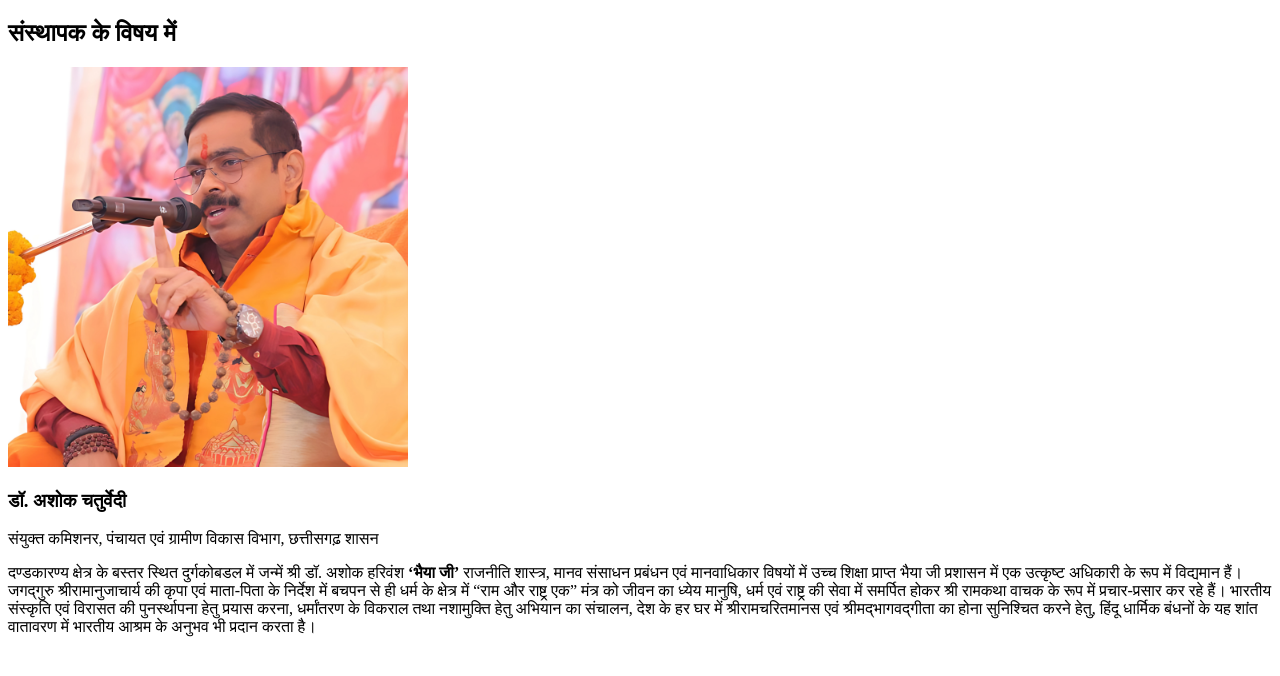
Repository: as-avni/lokmeeram
Page: /founder
These files come from the project's save history. The page is drawn as it stood at one moment and after the next save; the edit follows.
The browser window is 1280 px wide. The pictures show the whole page.
The project was rebuilt for these pictures with package versions that can differ from the ones it lists, and the page was loaded fresh each time. The framework's server and built-in components were replaced by stand-ins that run in the browser. Also part of the build but not shown: next.config.ts.

Above is the page before, as saved 2025-06-27 05:51:37.

After the next save:
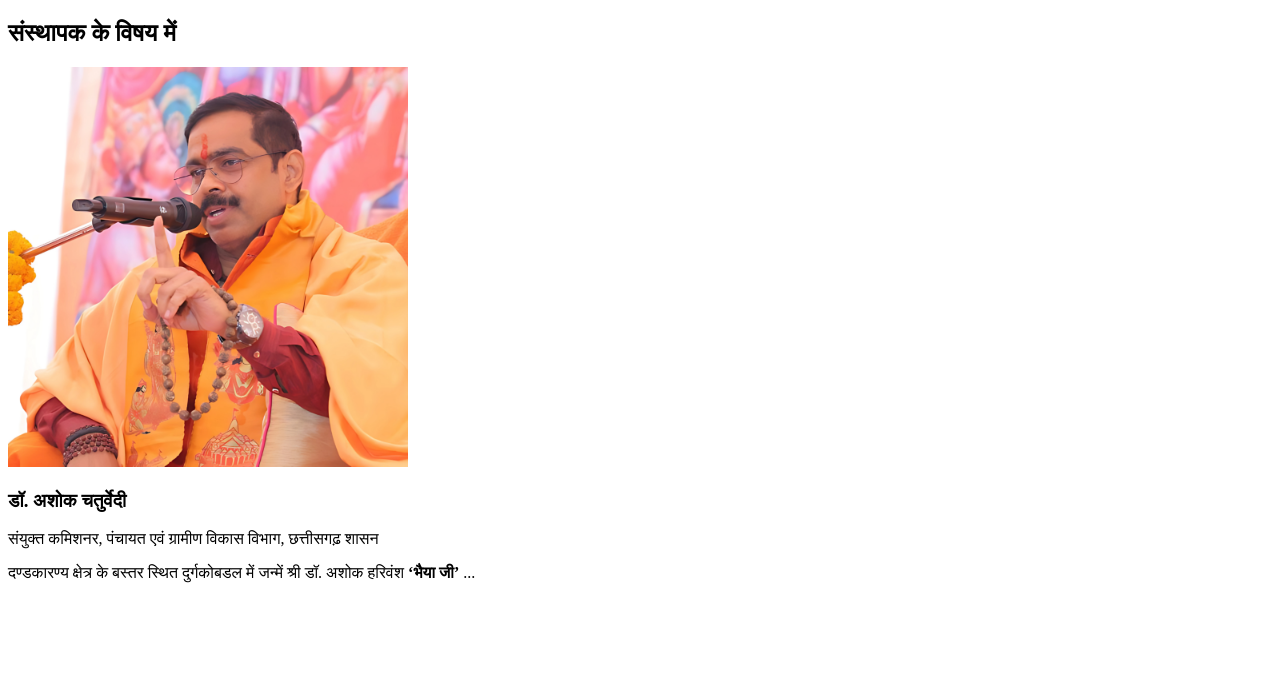
Saved 80 s later.
--- a/src/app/founder/page.tsx
+++ b/src/app/founder/page.tsx
@@ -75,50 +75,28 @@
                     <span className="text-orange-600">संस्थापक </span> के विषय में
                 </h1>
 
-                <div className="max-w-5xl mx-auto items-center">
-                    {/* Dr. Ashok Chaturvedi */}
-
-                        <div className="relative rounded-lg overflow-hidden items-center">
-                            <Image
-                                src="/images/about-team/2.png"
-                                alt="Team member"
-                                width={400}
-                                height={400}
-                                className="object-cover rounded-full"
-                            />
-                        </div>
-                        <h3 className="text-2xl font-bold mb-1 text-center font-[Poppins] text-orange-500">डॉ. अशोक चतुर्वेदी</h3>
-                        <p className="text-lg font-semibold text-gray-800 mb-2 text-center">
-                            संयुक्त कमिशनर, पंचायत एवं ग्रामीण विकास विभाग, छत्तीसगढ़ शासन
-                        </p>
-                        <p className="text-xl text-black w-full ">
-                            दण्डकारण्य क्षेत्र के बस्तर स्थित दुर्गकोबडल में जन्में श्री डॉ. अशोक हरिवंश <strong>‘भैया जी’</strong> राजनीति शास्त्र, मानव संसाधन प्रबंधन एवं मानवाधिकार विषयों में उच्च शिक्षा प्राप्त भैया जी प्रशासन में एक उत्कृष्ट अधिकारी के रूप में विद्यमान हैं।
-
-                            जगद्गुरु श्रीरामानुजाचार्य की कृपा एवं माता-पिता के निर्देश में बचपन से ही धर्म के क्षेत्र में “राम और राष्ट्र एक” मंत्र को जीवन का ध्येय मानुषि, धर्म एवं राष्ट्र की सेवा में समर्पित होकर श्री रामकथा वाचक के रूप में प्रचार-प्रसार कर रहे हैं।
-
-                            भारतीय संस्कृति एवं विरासत की पुनर्स्थापना हेतु प्रयास करना, धर्मांतरण के विकराल तथा नशामुक्ति हेतु अभियान का संचालन, देश के हर घर में श्रीरामचरितमानस एवं श्रीमद्भागवद्गीता का होना सुनिश्चित करने हेतु, हिंदू धार्मिक बंधनों के यह शांत वातावरण में भारतीय आश्रम के अनुभव भी प्रदान करता है।
-                        </p>
-
-                    {/* Nagendra Dubey
-                    <div className="p-6 bg-orange-200 shadow-lg shadow-black">
-                        <div className="aspect-square relative mb-4 rounded-lg overflow-hidden">
-                            <Image
-                                src="/images/about-team/3.png"
-                                alt="Team member"
-                                width={400}
-                                height={400}
-                                className="object-cover rounded-full"
-                            />
-                        </div>
-                        <h3 className="text-2xl font-bold mb-1 text-center font-[Poppins]">नागेन्द्र दुबे</h3>
-                        <p className="text-lg font-semibold text-gray-800 mb-2 text-center">
-                            संस्थापक, लोक में राम शोध संस्थान
-                        </p>
-                        <p className="text-lg text-gray-500 text-justify">
-                            एक प्रतिष्ठित <strong>शिक्षाविद्, मोटिवेशनल स्पीकर और काउंसलर</strong>, जिन्हें शिक्षा, पारिवारिक और व्यक्तिगत मार्गदर्शन में व्यापक अनुभव है। उन्होंने <strong>300 से अधिक स्कूलों का दौरा</strong> किया और <strong>4,000+ छात्रों</strong> को प्रेरित किया है। वे <strong>टॉपर्स एजुकेशनल सोसायटी</strong> के सचिव, <strong>विजडम वे हायर सेकेंडरी स्कूल</strong> के निदेशक और <strong>"सतत् छत्तीसगढ़"</strong> पत्रिका के संपादक हैं। <strong>राष्ट्रीय पुस्तक मेला, साहित्य महोत्सव और शिक्षा मेले</strong> के आयोजक होने के नाते, वे शिक्षा और युवा सशक्तिकरण के लिए प्रतिबद्ध हैं। उनके प्रेरणादायक संवाद कौशल, व्यवहारगत समझ और आध्यात्मिक दृष्टिकोण ने उन्हें एक प्रभावशाली व्यक्तित्व बनाया है।
-                        </p>
-                    </div> */}
-                </div>
+               {/* Dr. Ashok Chaturvedi */}
+<div className="max-w-5xl mx-auto items-center">
+    <div className="relative rounded-lg overflow-hidden flex justify-center mb-4">
+        <Image
+            src="/images/about-team/2.png"
+            alt="Team member"
+            width={400}
+            height={400}
+            className="object-cover rounded-full"
+        />
+    </div>
+    <h3 className="text-2xl font-bold mb-1 text-center font-[Poppins] text-orange-500">
+        डॉ. अशोक चतुर्वेदी
+    </h3>
+    <p className="text-lg font-semibold text-gray-800 mb-2 text-center">
+        संयुक्त कमिशनर, पंचायत एवं ग्रामीण विकास विभाग, छत्तीसगढ़ शासन
+    </p>
+    <p className="text-xl text-black w-full">
+        दण्डकारण्य क्षेत्र के बस्तर स्थित दुर्गकोबडल में जन्में श्री डॉ. अशोक हरिवंश <strong>‘भैया जी’</strong> ...
+        {/* remaining paragraph unchanged */}
+    </p>
+</div>
             </div>
         </section>
     )

After the save that followed:
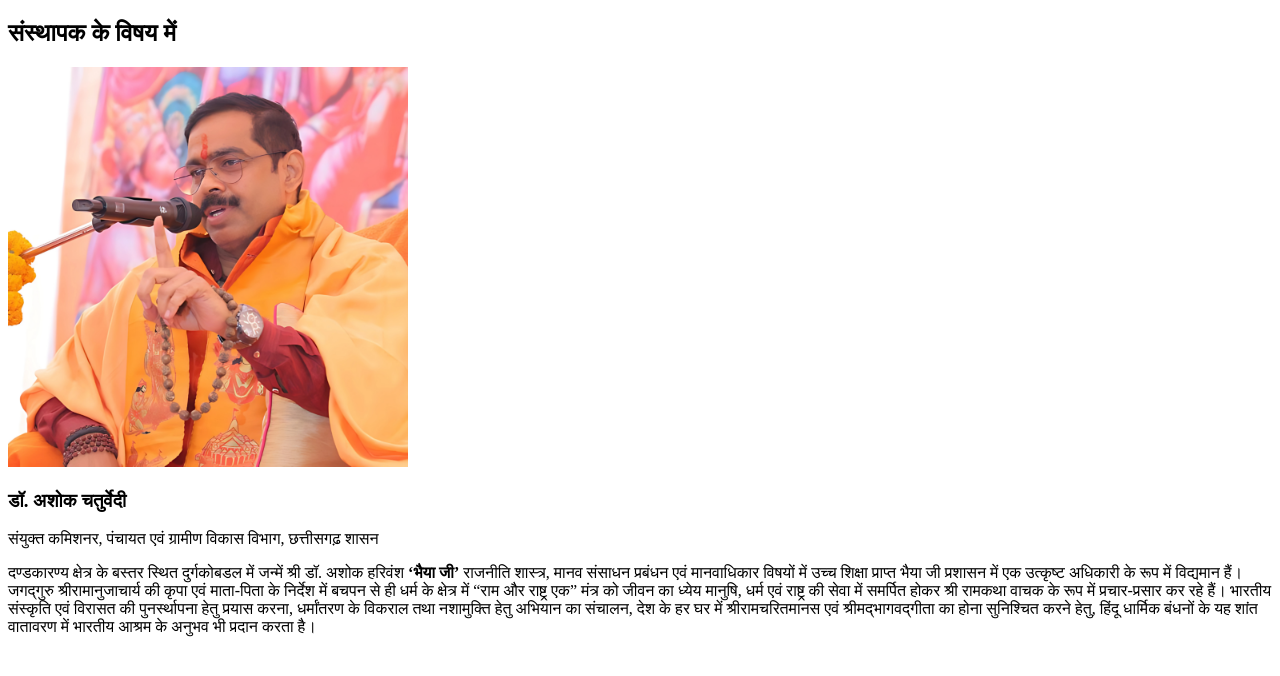
Saved 18 s later.
--- a/src/app/founder/page.tsx
+++ b/src/app/founder/page.tsx
@@ -75,28 +75,50 @@
                     <span className="text-orange-600">संस्थापक </span> के विषय में
                 </h1>
 
-               {/* Dr. Ashok Chaturvedi */}
-<div className="max-w-5xl mx-auto items-center">
-    <div className="relative rounded-lg overflow-hidden flex justify-center mb-4">
-        <Image
-            src="/images/about-team/2.png"
-            alt="Team member"
-            width={400}
-            height={400}
-            className="object-cover rounded-full"
-        />
-    </div>
-    <h3 className="text-2xl font-bold mb-1 text-center font-[Poppins] text-orange-500">
-        डॉ. अशोक चतुर्वेदी
-    </h3>
-    <p className="text-lg font-semibold text-gray-800 mb-2 text-center">
-        संयुक्त कमिशनर, पंचायत एवं ग्रामीण विकास विभाग, छत्तीसगढ़ शासन
-    </p>
-    <p className="text-xl text-black w-full">
-        दण्डकारण्य क्षेत्र के बस्तर स्थित दुर्गकोबडल में जन्में श्री डॉ. अशोक हरिवंश <strong>‘भैया जी’</strong> ...
-        {/* remaining paragraph unchanged */}
-    </p>
-</div>
+                <div className="max-w-5xl mx-auto items-center">
+                    {/* Dr. Ashok Chaturvedi */}
+
+                        <div className="relative rounded-lg overflow-hidden items-center">
+                            <Image
+                                src="/images/about-team/2.png"
+                                alt="Team member"
+                                width={400}
+                                height={400}
+                                className="object-cover rounded-full"
+                            />
+                        </div>
+                        <h3 className="text-2xl font-bold mb-1 text-center font-[Poppins] text-orange-500">डॉ. अशोक चतुर्वेदी</h3>
+                        <p className="text-lg font-semibold text-gray-800 mb-2 text-center">
+                            संयुक्त कमिशनर, पंचायत एवं ग्रामीण विकास विभाग, छत्तीसगढ़ शासन
+                        </p>
+                        <p className="text-xl text-black w-full ">
+                            दण्डकारण्य क्षेत्र के बस्तर स्थित दुर्गकोबडल में जन्में श्री डॉ. अशोक हरिवंश <strong>‘भैया जी’</strong> राजनीति शास्त्र, मानव संसाधन प्रबंधन एवं मानवाधिकार विषयों में उच्च शिक्षा प्राप्त भैया जी प्रशासन में एक उत्कृष्ट अधिकारी के रूप में विद्यमान हैं।
+
+                            जगद्गुरु श्रीरामानुजाचार्य की कृपा एवं माता-पिता के निर्देश में बचपन से ही धर्म के क्षेत्र में “राम और राष्ट्र एक” मंत्र को जीवन का ध्येय मानुषि, धर्म एवं राष्ट्र की सेवा में समर्पित होकर श्री रामकथा वाचक के रूप में प्रचार-प्रसार कर रहे हैं।
+
+                            भारतीय संस्कृति एवं विरासत की पुनर्स्थापना हेतु प्रयास करना, धर्मांतरण के विकराल तथा नशामुक्ति हेतु अभियान का संचालन, देश के हर घर में श्रीरामचरितमानस एवं श्रीमद्भागवद्गीता का होना सुनिश्चित करने हेतु, हिंदू धार्मिक बंधनों के यह शांत वातावरण में भारतीय आश्रम के अनुभव भी प्रदान करता है।
+                        </p>
+
+                    {/* Nagendra Dubey
+                    <div className="p-6 bg-orange-200 shadow-lg shadow-black">
+                        <div className="aspect-square relative mb-4 rounded-lg overflow-hidden">
+                            <Image
+                                src="/images/about-team/3.png"
+                                alt="Team member"
+                                width={400}
+                                height={400}
+                                className="object-cover rounded-full"
+                            />
+                        </div>
+                        <h3 className="text-2xl font-bold mb-1 text-center font-[Poppins]">नागेन्द्र दुबे</h3>
+                        <p className="text-lg font-semibold text-gray-800 mb-2 text-center">
+                            संस्थापक, लोक में राम शोध संस्थान
+                        </p>
+                        <p className="text-lg text-gray-500 text-justify">
+                            एक प्रतिष्ठित <strong>शिक्षाविद्, मोटिवेशनल स्पीकर और काउंसलर</strong>, जिन्हें शिक्षा, पारिवारिक और व्यक्तिगत मार्गदर्शन में व्यापक अनुभव है। उन्होंने <strong>300 से अधिक स्कूलों का दौरा</strong> किया और <strong>4,000+ छात्रों</strong> को प्रेरित किया है। वे <strong>टॉपर्स एजुकेशनल सोसायटी</strong> के सचिव, <strong>विजडम वे हायर सेकेंडरी स्कूल</strong> के निदेशक और <strong>"सतत् छत्तीसगढ़"</strong> पत्रिका के संपादक हैं। <strong>राष्ट्रीय पुस्तक मेला, साहित्य महोत्सव और शिक्षा मेले</strong> के आयोजक होने के नाते, वे शिक्षा और युवा सशक्तिकरण के लिए प्रतिबद्ध हैं। उनके प्रेरणादायक संवाद कौशल, व्यवहारगत समझ और आध्यात्मिक दृष्टिकोण ने उन्हें एक प्रभावशाली व्यक्तित्व बनाया है।
+                        </p>
+                    </div> */}
+                </div>
             </div>
         </section>
     )
